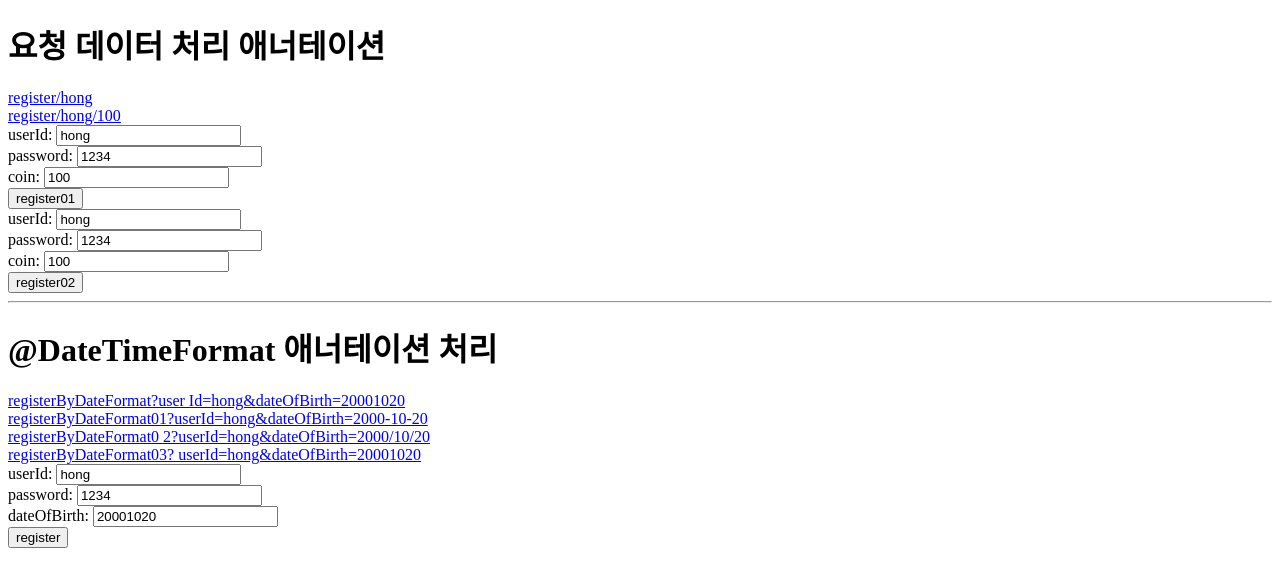
Repository: tomaters/more-springboot
Page: http://localhost/DevProject/WEB-INF/views/register.jsp
The author's editor kept a copy of each file at every save. The page is drawn from the files as they stood at one save, then again after the next save.
The browser window is 1280 px wide. The pictures show the whole page.
The page is served by Tomcat 9. Nobody is signed in. The template is opened directly, without the code that normally fills it, so the values that code supplies are empty.

Above is the page before, as saved 2023-12-29 04:04:29.

After the next save:
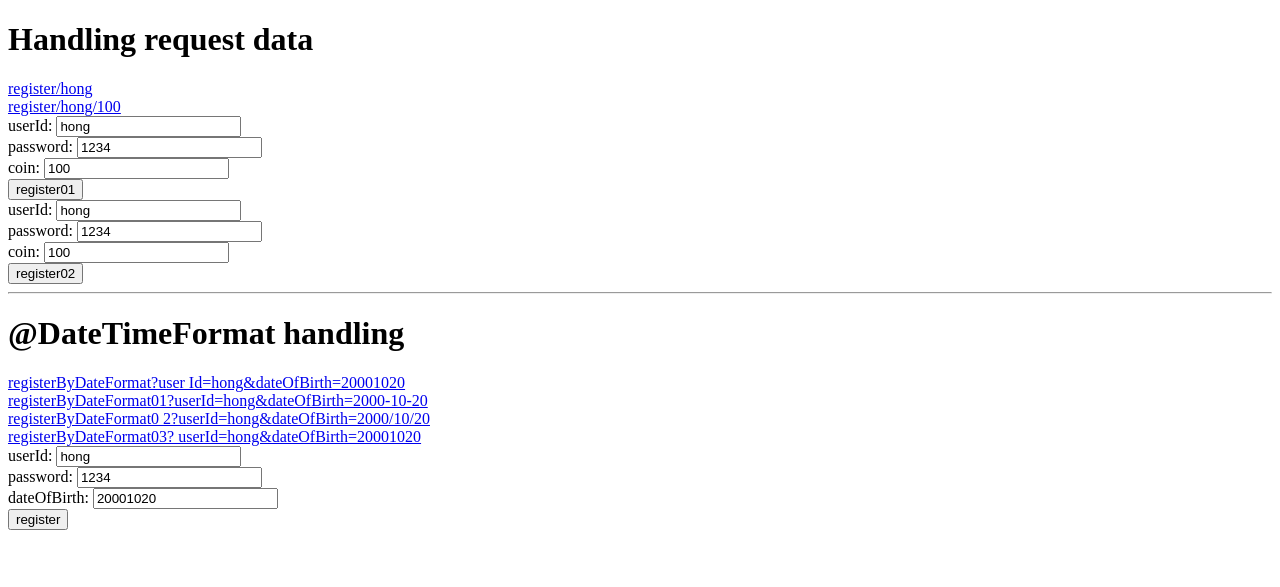
Saved 60 s later.
--- a/DevProject/src/main/webapp/WEB-INF/views/register.jsp
+++ b/DevProject/src/main/webapp/WEB-INF/views/register.jsp
@@ -4,10 +4,10 @@
 <html>
 <head>
 <meta charset="UTF-8">
-<title>요청 데이터 처리 애너테이션</title>
+<title>Handling request data</title>
 </head>
 <body>
-	<h1>요청 데이터 처리 애너테이션</h1>
+	<h1>Handling request data</h1>
 	<a href="register/hong">register/hong</a>
 	<br>
 	<a href="register/hong/100">register/hong/100</a>
@@ -25,7 +25,7 @@
 			type="submit" value="register02">
 	</form>
 	<hr>
-	<h1>@DateTimeFormat 애너테이션 처리</h1>
+	<h1>@DateTimeFormat handling</h1>
 	<a href="registerByDateFormat?userId=hong&dateOfBirth=20001020">registerByDateFormat?user
 		Id=hong&ampdateOfBirth=20001020</a>
 	<br>
